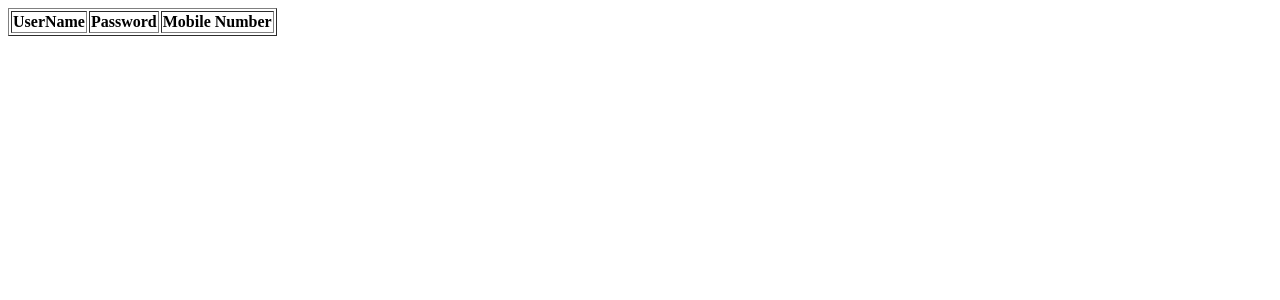
Repository: neethiarasan30/jsp-Servlets-crud-operation
Page: http://localhost/JavaFullStack/Edit.jsp
These files come from the project's save history. The page is drawn as it stood at one moment and after the next save; the edit follows.
The browser window is 1280 px wide. The pictures show the whole page.
The page is served by Tomcat 9. Other server files are loaded and not shown. Queries for data that is not in the repository find no rows.

Above is the page before, as saved 2024-07-12 17:28:06.

### JavaFullStack/src/main/webapp/Edit.jsp
<%@page import="java.sql.*"%>
<%@ page language="java" contentType="text/html; charset=ISO-8859-1"
    pageEncoding="ISO-8859-1"%>
<!DOCTYPE html>
<html>
<head>
<meta charset="ISO-8859-1">
<title>Insert title here</title>
</head>
<body>

	<form action="Update" method="post">
	<table border="1px">
			<tr>
				<th>UserName</th>
				<th>Password</th>
				<th>Mobile Number</th>
			</tr>


			<%
			String id = request.getParameter("id");

			Class.forName("com.mysql.jdbc.Driver");
			Connection con=DriverManager.getConnection(
			"jdbc:mysql://localhost:3306/users","root","80155");
			java.sql.Statement stmt=con.createStatement();
			ResultSet rs = stmt.executeQuery("select * from userDetails where id = '"+id+"';");

			while(rs.next())
			{
				String idVal = rs.getString("id");
				String name = rs.getString("username");
				String pass = rs.getString("password");
				String mobile = rs.getString("MobileNumber");
				%>

				<tr>
				<td><input type="text" value=<%=idVal %> name="idVal"></td>
				<td><input type="text" value=<%=name %> name="uname"></td>
				<td><input type="text" value=<%=pass %> name = "pw"></td>
				<td><input type="text" value=<%=mobile %> name= "mn"></td>
				<td><input type="submit" value="Update"></td>

			</tr>

			<%
			}
			%>

		</table>
		</form>
</body>
</html>

After the next save:
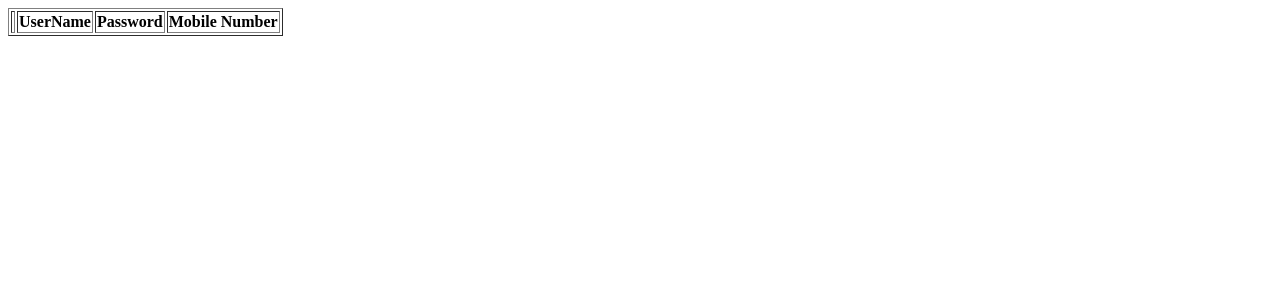
Saved 2 min 17 s later.
--- a/JavaFullStack/src/main/webapp/Edit.jsp
+++ b/JavaFullStack/src/main/webapp/Edit.jsp
@@ -12,6 +12,7 @@
 	<form action="Update" method="post">
 	<table border="1px">
 			<tr>
+				<th>
 				<th>UserName</th>
 				<th>Password</th>
 				<th>Mobile Number</th>
